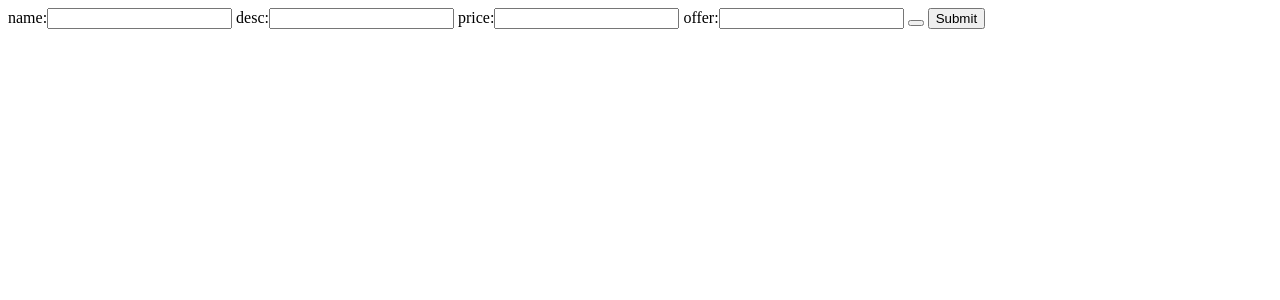
Repository: Ganesh9986320435/AllProjectsFromYestYantra
Page: http://localhost/mcdonaldsprojectjsp/menu.jsp
An editor plug-in stored every save of this project. The page is shown before and after the next save, followed by the edit.
The browser window is 1280 px wide. The pictures show the whole page.
The page is served by Tomcat 9.

Above is the page before, as saved 2023-02-01 03:44:31.

After the next save:
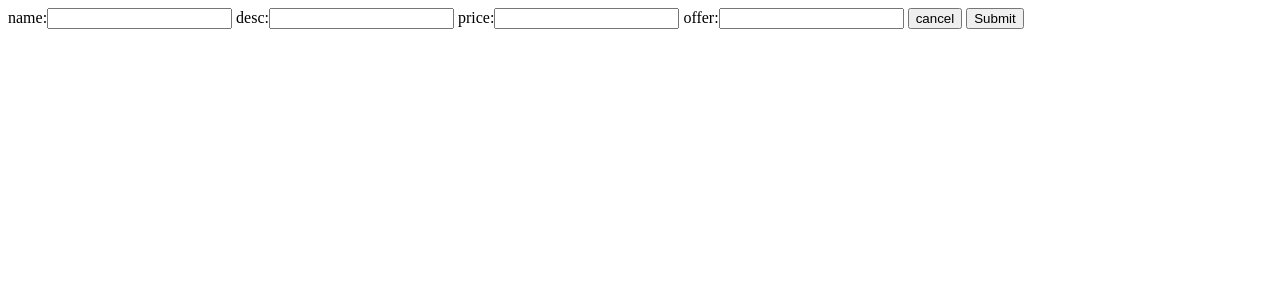
Saved 10 s later.
--- a/mcdonaldsprojectjsp/src/main/webapp/menu.jsp
+++ b/mcdonaldsprojectjsp/src/main/webapp/menu.jsp
@@ -12,7 +12,7 @@
 desc:<input type="text" name="desc">
 price:<input type="number" name="price">
 offer:<input type="text" name="offer">
-<a><button></button></a>
+<a href=""><button>cancel</button></a>
 <input type="submit">
 
 
